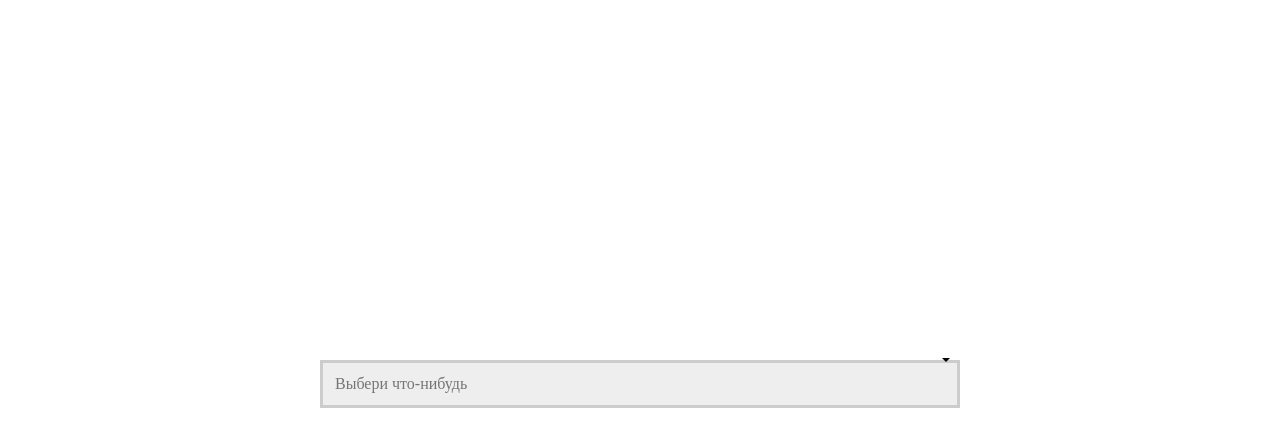
Repository: spihex/stage2-custom-dropdown
Page: index.html
An editor plug-in stored every save of this project. The page is shown before and after the next save, followed by the edit.
The browser window is 1280 px wide. The pictures show the whole page.

Above is the page before, as saved 2021-02-08 12:41:40.

After the next save:
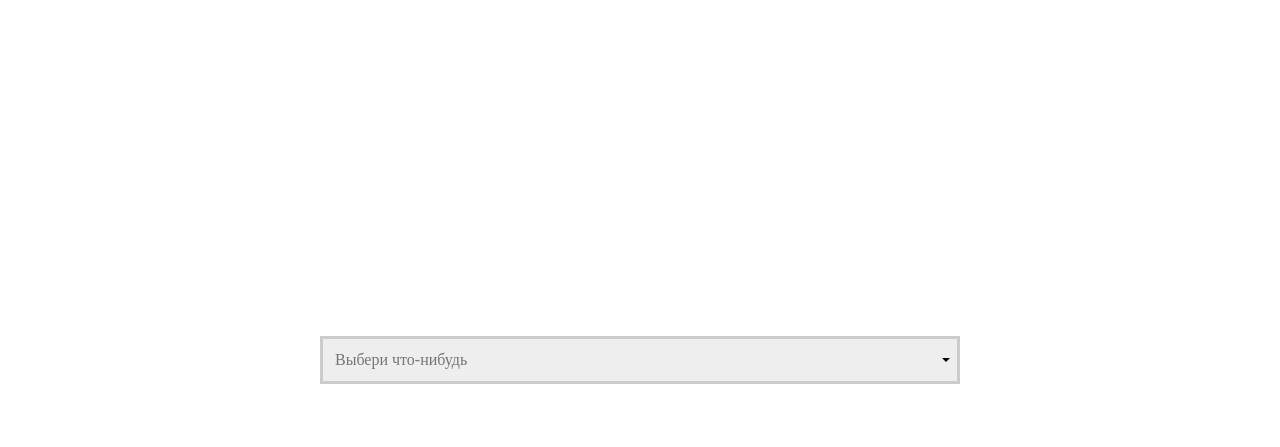
Saved 104 s later.
--- a/css/main.css
+++ b/css/main.css
@@ -12,6 +12,7 @@ input {
 .dropdown {
     position: relative;
     width: 50%;
+    min-height: 48px;
 }
 
 .dropdown::after {
